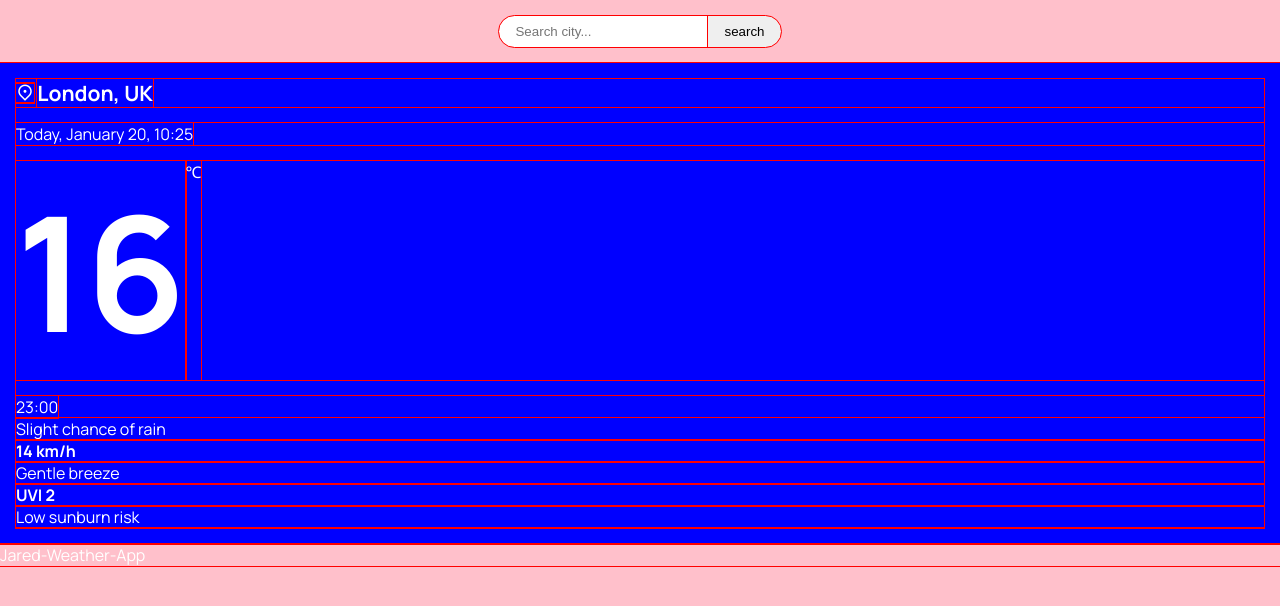
Repository: EguJaredoBoyd/Jared-Weather-App
Page: main.html
An editor plug-in stored every save of this project. The page is shown before and after the next save, followed by the edit.
The browser window is 1280 px wide. The pictures show the whole page.
Some web libraries are served in a nearby version.

Above is the page before, as saved 2026-01-22 01:10:25.

After the next save:
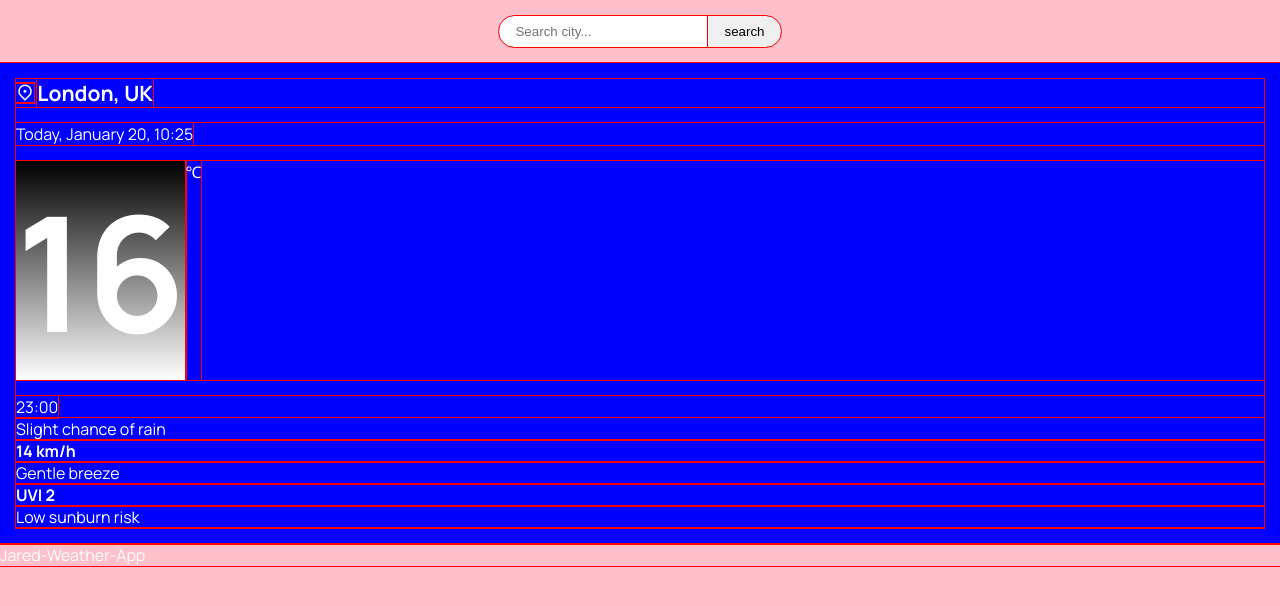
Saved 92 s later.
--- a/css/styles.css
+++ b/css/styles.css
@@ -76,4 +76,5 @@
 
 .place-temperature__measure h3 {
   font-size: 10rem;
+  background: linear-gradient(to top, white, black);
 }

After the save that followed:
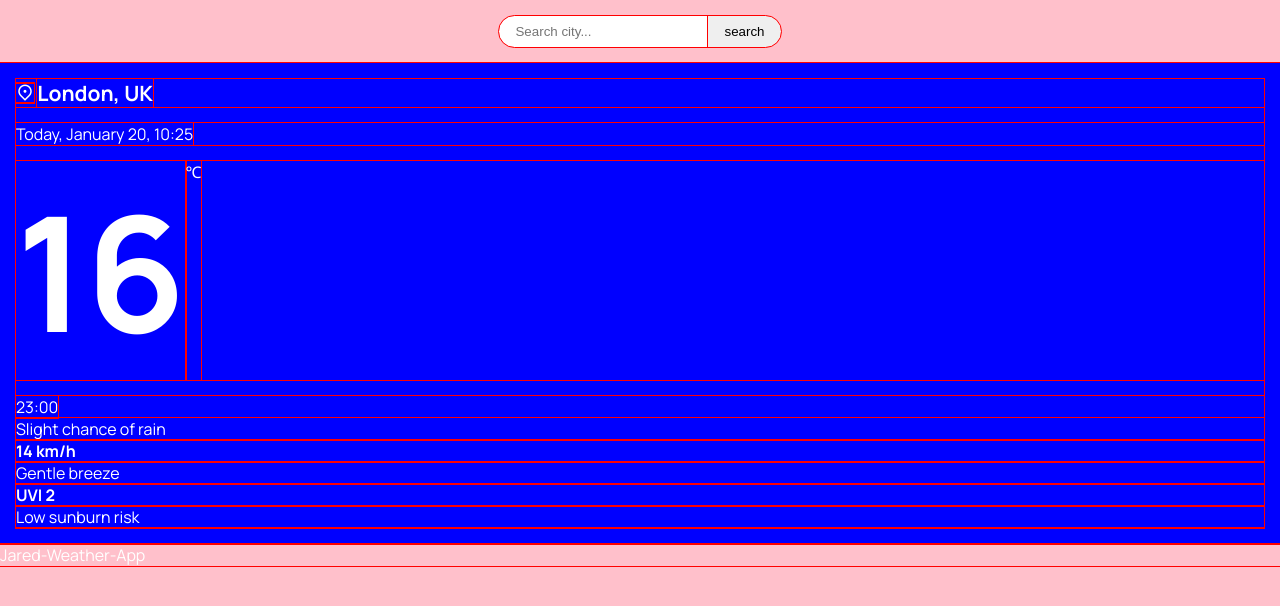
Saved 15 s later.
--- a/css/styles.css
+++ b/css/styles.css
@@ -76,5 +76,5 @@
 
 .place-temperature__measure h3 {
   font-size: 10rem;
-  background: linear-gradient(to top, white, black);
+  color: linear-gradient(to top, white, black);
 }
